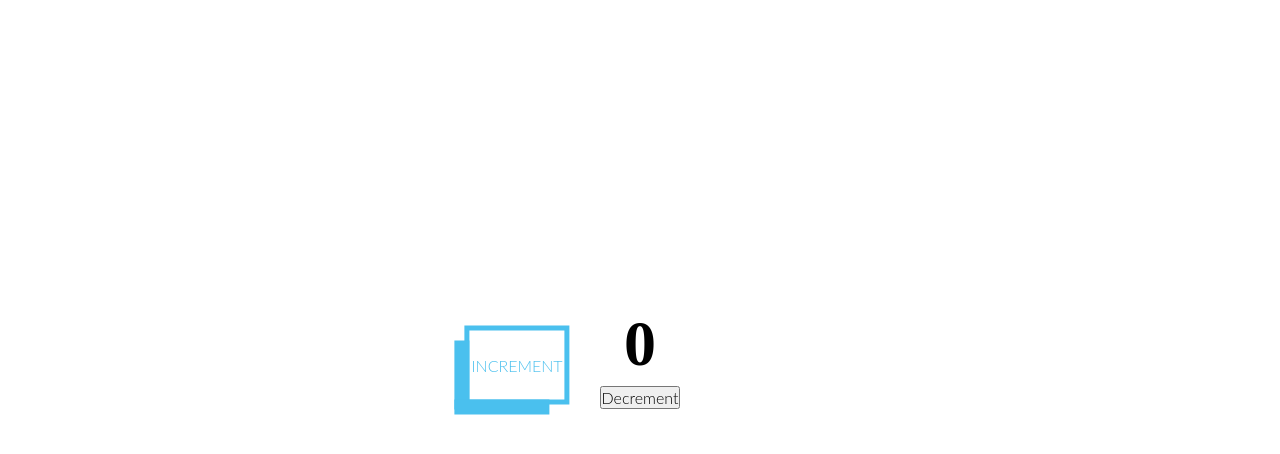
Repository: Ellisvelandia/react_introduction_test
Page: /
These files come from the project's save history. The page is drawn as it stood at one moment and after a run of saves; the edit follows.
The browser window is 1280 px wide. The pictures show the whole page.
The project was rebuilt for these pictures with package versions that can differ from the ones it lists, and the page was loaded fresh each time. Also part of the build but not shown: src/index.css.

Above is the page before, as saved 2022-08-15 20:10:06.

After the next 2 saves:
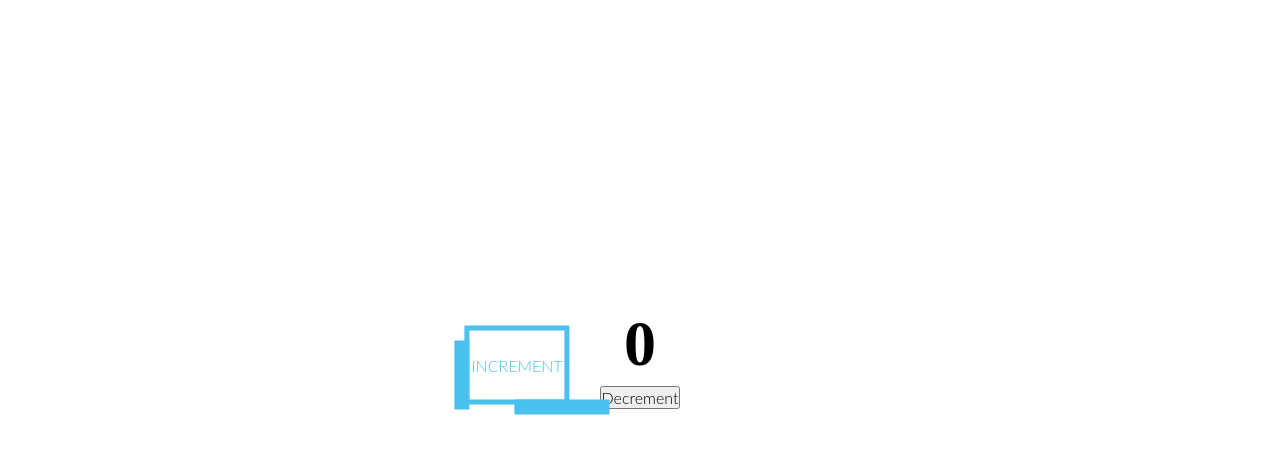
The 2 saves are shown as one change because they came seconds apart.
The last was saved 8 s later.
--- a/src/App.scss
+++ b/src/App.scss
@@ -73,7 +73,7 @@ button {
     width: 100%;
     background: #4ac0ee;
     right: 0px;
-    left: -15px;
+    left: 45px;
     height: 15px;
   }
 

After the save that followed:
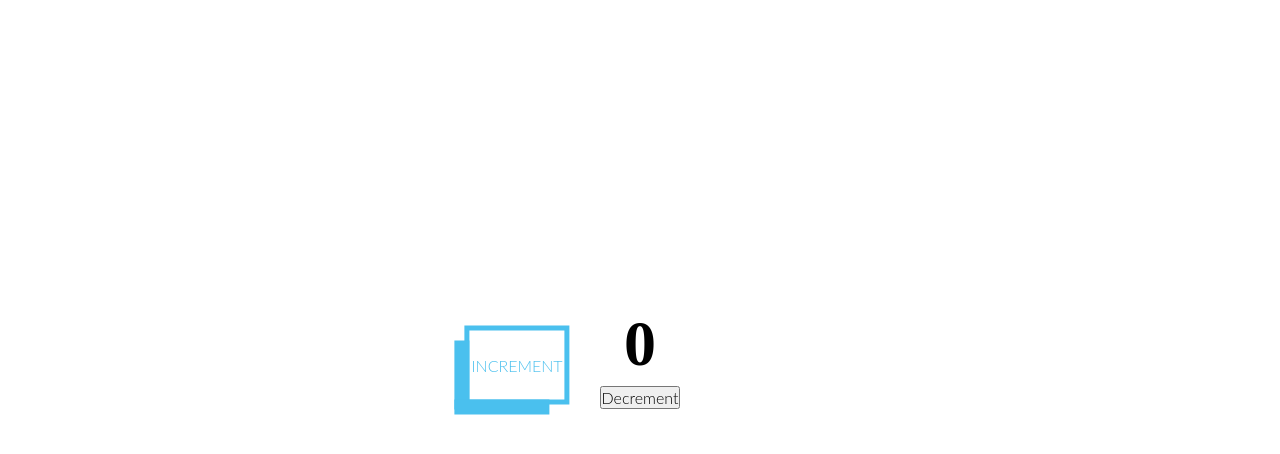
Saved 8 s later.
--- a/src/App.scss
+++ b/src/App.scss
@@ -73,7 +73,7 @@ button {
     width: 100%;
     background: #4ac0ee;
     right: 0px;
-    left: 45px;
+    left: -15px;
     height: 15px;
   }
 
